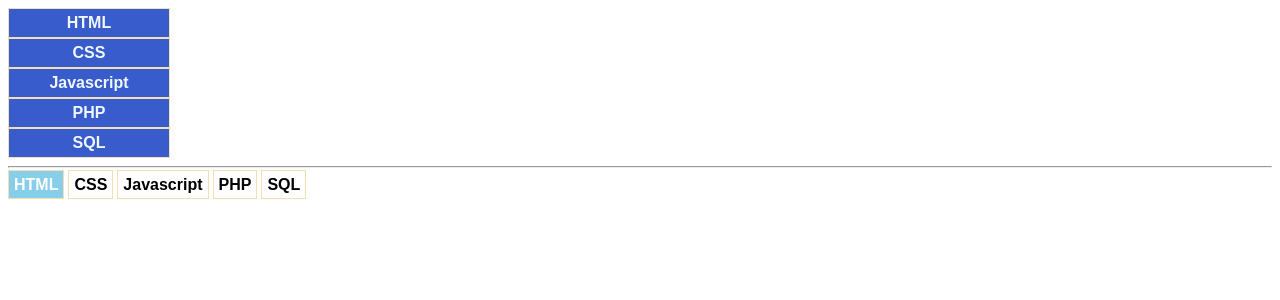
Repository: Pr-DuyTam/HTML-CSS-JS-PHP
Page: CSS/Bài Tập CSS/Bai2.html
An editor plug-in stored every save of this project. The page is shown before and after the next save, followed by the edit.
The browser window is 1280 px wide. The pictures show the whole page.
The pointer rests on the first visible `b`.

Above is the page before, as saved 2023-08-03 09:28:46.

After the next save:
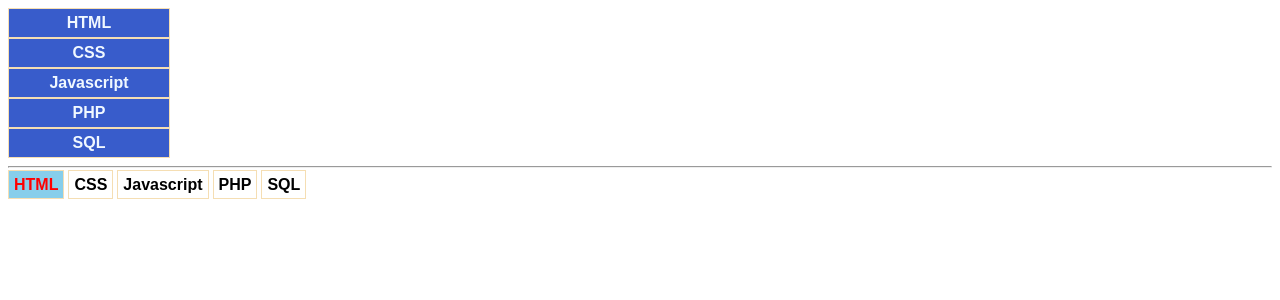
Saved 8 s later.
--- a/CSS/Bài Tập CSS/Bai2.html
+++ b/CSS/Bài Tập CSS/Bai2.html
@@ -50,7 +50,7 @@
             background-color: red;
         }
         b:hover{ /*Di chuyển chuột*/
-            color: white;
+            color: red;
             background-color: #87ceeb;
         }
         b:visited{
